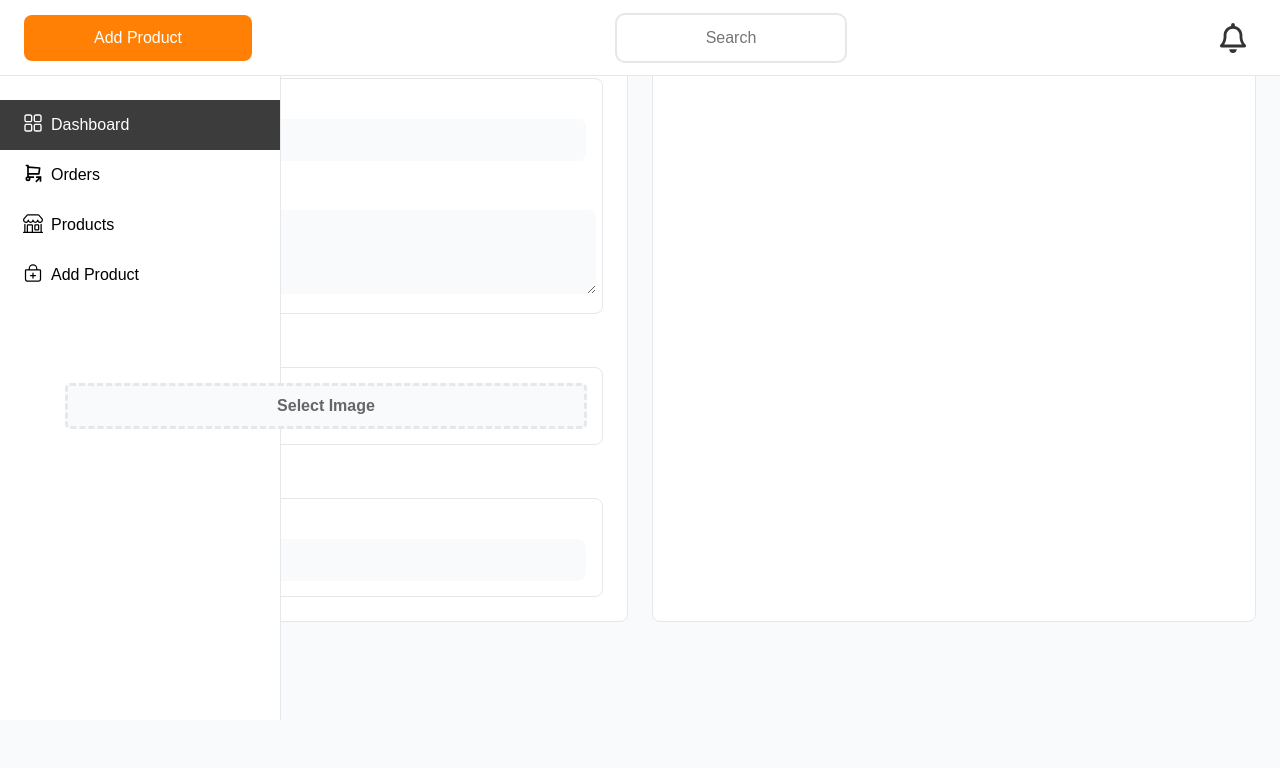
Repository: ahmad-dev7/TrendWear
Page: / (app in trend_wear_dashboard/)
The author's editor kept a copy of each file at every save. The page is drawn from the files as they stood at one save, then again after the next save.
The browser window is 1280 px wide. The pictures show the whole page.
The project was rebuilt for these pictures with package versions that can differ from the ones it lists, and the page was loaded fresh each time. Also part of the build but not shown: trend_wear_dashboard/vite.config.ts.

Above is the page before, as saved 2025-01-20 11:28:22.

### trend_wear_dashboard/index.html
<!doctype html>
<html lang="en">

<head>
  <meta charset="UTF-8" />
  <link rel="icon" type="image/svg+xml" href="/vite.svg" />
  <meta name="viewport" content="width=device-width, initial-scale=1.0" />
  <title>Trend Wear</title>
</head>

<body>
  <div id="root"></div>
  <script type="module" src="/src/main.tsx"></script>
</body>

</html>

### trend_wear_dashboard/src/main.tsx
import { StrictMode } from "react";
import { createRoot } from "react-dom/client";
//import "bootstrap/dist/css/bootstrap.css";
import "./App.css";
import App from "./App.tsx";

createRoot(document.getElementById("root")!).render(
  <StrictMode>
    <App />
  </StrictMode>
);

### trend_wear_dashboard/src/App.css
body {
    background-color: #F9FAFB;
    padding: 0;
    margin: 0;
    border-color: #e5e7eb;
    font-family: Arial, Helvetica, sans-serif;

}

#parent {
    display: flex;
}

### trend_wear_dashboard/src/App.tsx
import { useState } from "react";
import Body from "./Components/Body/Body";
import Navbar from "./Components/Navbar/Navbar";
import Sidebar from "./Components/Sidebar/Sidebar";
import AddProducts from "./Components/AddProduct/AddProduct";
//import Dashboard from "./Components/Dashboard/Dashboard";

function App() {
  const [body, setBody] = useState("Dashboard");

  console.log(body);

  return (
    <div id="parent">
      <Sidebar onSelectTab={setBody} />
      <div style={{ flex: 1 }}>
        <Navbar />
        <Body>
          <AddProducts />
        </Body>
      </div>
    </div>
  );
}

export default App;

### trend_wear_dashboard/src/Components/Body/Body.tsx
// Body.tsx
import "./Body.css";

interface Props {
  children: React.ReactNode;
}

const Body = ({ children }: Props) => {
  return <div id="body-content">{children}</div>;
};

export default Body;

### trend_wear_dashboard/src/Components/Navbar/Navbar.tsx
import "./Navbar.css";
import { FaRegBell } from "react-icons/fa6";

const Navbar = () => {
  return (
    <div>
      <div id="top-navbar">
        <div className="nav-item add-product-button">Add Product</div>
        <input className="nav-item" placeholder="Search" type="text" />
        <FaRegBell className="nav-item icon"></FaRegBell>
      </div>
    </div>
  );
};

export default Navbar;

### trend_wear_dashboard/src/Components/Sidebar/Sidebar.tsx
import "./Sidebar.css";
import { RxDashboard } from "react-icons/rx";
import { TbShoppingCartShare } from "react-icons/tb";
import { BsShop } from "react-icons/bs";
import { IoBagAddOutline } from "react-icons/io5";
import { useState } from "react";

interface Props {
  onSelectTab: (tab: string) => void;
}

interface Tabs {
  icon: JSX.Element;
  label: string;
}

const Sidebar = ({ onSelectTab }: Props) => {
  const tabs: Tabs[] = [
    { label: "Dashboard", icon: <RxDashboard size={20} /> },
    { label: "Orders", icon: <TbShoppingCartShare size={20} /> },
    { label: "Products", icon: <BsShop size={20} /> },
    { label: "Add Product", icon: <IoBagAddOutline size={20} /> },
  ];

  const [active, setTab] = useState("Dashboard");

  return (
    <div id="layout">
      <div id="sidebar">
        <div className="header">Trend Wear</div>
        <ul id="sidebar-content">
          {tabs.map((tab) => (
            <li
              key={tab.label}
              className={"tab " + (tab.label == active && "active")}
              onClick={() => {
                setTab(tab.label);
                onSelectTab(tab.label);
              }}
            >
              <div className="icon">{tab.icon}</div>
              <div className="label">{tab.label}</div>
            </li>
          ))}
        </ul>
      </div>
    </div>
  );
};

export default Sidebar;

### trend_wear_dashboard/src/Components/AddProduct/AddProduct.tsx
import "./AddProduct.css";
import ProductDetails from "./ProductDetails";
import ProductPreview from "./ProductPreview";
const AddProduct = () => {
  return (
    <div className="parent">
      <div className="child">
        <ProductDetails />
      </div>

      <div className="child ">
        <ProductPreview />
      </div>
    </div>
  );
};

export default AddProduct;

### trend_wear_dashboard/src/Components/Body/Body.css
#body-content {
    display: flex;
    flex-direction: column;
    margin: 24px;
    height: 100vh;
    width: calc(100% - 48px);
    box-sizing: border-box;
}

### trend_wear_dashboard/src/Components/Navbar/Navbar.css
#top-navbar {
    display: flex;
    justify-content: space-between;
    align-items: center;
    position: fixed;
    /* padding: 0 24px; */
    background-color: white;
    height: 75px;
    width: 100%;
    border-bottom: 1px solid #e5e7eb;
}

.nav-item {
    font-size: 16px;
    color: #333;
    text-align: center;
    width: 200px;
    border-radius: 8px;
    padding: 14px;
    text-decoration: none;
}

.add-product-button {
    color: white;
    margin-left: 24px;
    background-color: #ff8005;
}

#top-navbar input {
    border: none;
    outline: 2px solid #e5e7eb;
    flex-grow: 1;
    max-width: 200px;
}

#top-navbar .icon {
    height: 30px;
    width: 30px;
    margin-right: 24px;
}

### trend_wear_dashboard/src/Components/Sidebar/Sidebar.css
/* Sidebar.css */

#layout {
    display: flex;
    /* Create a flex container */
}

#sidebar {
    background-color: white;
    width: 280px;
    height: 100vh;
    position: fixed;
    border-right: 1px solid #e5e7eb;
}

#sidebar .header {
    display: flex;
    justify-content: center;
    align-items: center;
    height: 75px;
    font-size: 30px;
    font-weight: bold;
    background-color: white;
    text-align: center;
    border-bottom: 1px solid #e5e7eb;
}

#sidebar-content {
    list-style-type: none;
    margin-top: 24px;
    padding: 0;
    cursor: pointer;
}

#sidebar-content .tab {
    height: 50px;
    color: black;
    display: flex;
    align-items: center;
    padding-left: 15px;
}

.icon {
    padding: 8px;
}

#sidebar-content .active {
    background-color: #3c3c3c;
    color: white;
}

#sidebar-content .tab:hover:not(.active) {
    background-color: #e5e7eb;
}

### trend_wear_dashboard/src/Components/AddProduct/AddProduct.css
/* AddProduct.css */
.parent {
    display: flex;
    width: 100%;
    gap: 24px;
    box-sizing: border-box;
}

.child {
    flex: 1;
    text-align: center;
    background-color: white;
    border: 1px solid #e5e7eb;
    border-radius: 8px;
}

### trend_wear_dashboard/src/Components/AddProduct/ProductDetails.tsx
import "./ProductDetails.css";
import Spacer from "../../Constants/Spacer";
import DetailsSectionContainer from "../../Constants/ProductDetailSection/DetailsSectionContainer";
import LabeledInputField from "../../Constants/LabeledInputField/LabeledInputField";
import LabeledTextArea from "../../Constants/LabeledInputField/LabeledTextarea";
import AddImage from "../../Constants/AddImage/AddImage";

const ProductDetails = () => {
  return (
    <>
      <div className="product-detail-container">
        <DetailsSectionContainer heading="Base Information">
          <LabeledInputField>Title</LabeledInputField>
          <Spacer height="24px" />
          <LabeledTextArea>Description</LabeledTextArea>
        </DetailsSectionContainer>
        <Spacer height="24px" />

        <DetailsSectionContainer heading="Pictures">
          <AddImage />
        </DetailsSectionContainer>
        <Spacer height="24px" />
        <DetailsSectionContainer heading="Details">
          <LabeledInputField prefix="₹">Price</LabeledInputField>
        </DetailsSectionContainer>
      </div>
    </>
  );
};

export default ProductDetails;

### trend_wear_dashboard/src/Components/AddProduct/ProductPreview.tsx
const ProductPreview = () => {
  return <div> </div>;
};

export default ProductPreview;

### trend_wear_dashboard/src/Components/AddProduct/ProductDetails.css
.product-detail-container {
    margin: 0px;
    padding: 24px;
    text-align: start;
}

/* Parent container to hold the items in a row */
.picture-container-parent {
    display: flex;
    /* Enable flexbox */
    justify-content: space-between;
    /* Optional: space between items, adjust as needed */
    gap: 16px;
    /* Optional: adds space between items */
}

/* Style for each img-container */
.img-container {
    flex: 1;
    /* Adjust width as needed */
    height: 100px;
    /* Adjust height as needed */
    background-color: #e5e7eb;
    /* Optional: background color */
    border-radius: 8px;
    display: flex;
    align-items: center;
    text-align: center;
    justify-content: center;
}

.picture-container-parent .add-more {
    border: dashed 2px #e5e7eb;

}

### trend_wear_dashboard/src/Constants/Spacer.tsx
interface Props {
  height?: string;
  width?: string;
}

const Spacer = ({ height = "0px", width = "0px" }: Props) => {
  return <div style={{ height: height, width: width }}></div>;
};

export default Spacer;

### trend_wear_dashboard/src/Constants/ProductDetailSection/DetailsSectionContainer.tsx
import "./ProductDetailSection.css";

interface Props {
  children: React.ReactNode;
  heading: string;
}

const DetailsSectionContainer = ({ children, heading }: Props) => {
  return (
    <>
      <p id="details-section-container-heading">{heading}</p>
      <div id="details-section-container">{children}</div>
    </>
  );
};

export default DetailsSectionContainer;

### trend_wear_dashboard/src/Constants/LabeledInputField/LabeledInputField.tsx
import "./LabeledInputField.css";
interface Props {
  children: React.ReactNode;
  prefix?: string;
}

const LabeledInputField = ({ prefix, children }: Props) => {
  return (
    <>
      <p id="input-field-label">{children}</p>
      <input prefix={prefix} id="input-field" type="text" />
    </>
  );
};

export default LabeledInputField;

### trend_wear_dashboard/src/Constants/LabeledInputField/LabeledTextarea.tsx
interface Props {
  children: React.ReactNode;
}

const LabeledTextArea = ({ children }: Props) => {
  return (
    <>
      <p id="input-field-label">{children}</p>
      <textarea id="input-field-textarea" />
    </>
  );
};

export default LabeledTextArea;

### trend_wear_dashboard/src/Constants/AddImage/AddImage.tsx
import React, { useState } from "react";

interface ImagePreview {
  id: string;
  url: string;
}

const AddImage: React.FC = () => {
  const [images, setImages] = useState<ImagePreview[]>([]);

  const handleImageChange = (e: React.ChangeEvent<HTMLInputElement>) => {
    const files = e.target.files;
    if (!files) return;

    const newImages: ImagePreview[] = Array.from(files).map((file) => ({
      id: URL.createObjectURL(file), // Temporary unique identifier
      url: URL.createObjectURL(file),
    }));

    setImages((prevImages) => [...prevImages, ...newImages]);
  };

  const handleRemoveImage = (id: string) => {
    setImages((prevImages) => prevImages.filter((image) => image.id !== id));
  };

  return (
    <div className="picture-container-parent" style={styles.parent}>
      {images.map((image) => (
        <div key={image.id} style={styles.previewContainer}>
          <img src={image.url} alt="preview" style={styles.imagePreview} />
          <button
            onClick={() => handleRemoveImage(image.id)}
            style={styles.removeButton}
          >
            ✕
          </button>
        </div>
      ))}
      <div style={styles.inputContainer}>
        <label style={styles.inputLabel}>
          Select Image
          <input
            type="file"
            accept="image/*"
            multiple
            onChange={handleImageChange}
            style={styles.input}
          />
        </label>
      </div>
    </div>
  );
};

const styles = {
  parent: {
    display: "flex",
    flexWrap: "wrap",
    gap: "10px", // Gap between the items
    alignItems: "center",
    justifyContent: "flex-start", // Align items to the start of the row
  },
  inputContainer: {
    width: "100%",
    height: "40px",
    backgroundColor: "#F9FAFB",
    border: "3px dashed #e5e7eb",
    borderRadius: "5px",
    display: "flex",
    justifyContent: "center",
    alignItems: "center",
    cursor: "pointer",
    position: "relative",
  },
  inputLabel: {
    width: "100%",
    height: "100%",
    display: "flex",
    justifyContent: "center",
    alignItems: "center",
    color: "#666",
    fontWeight: "bold",
  },
  input: {
    position: "absolute",
    opacity: 0,
    width: "100%",
    height: "100%",
    cursor: "pointer",
  },
  previewContainer: {
    position: "relative",
    width: "90px",
    height: "50px",
  },
  imagePreview: {
    width: "100%",
    height: "100%",
    objectFit: "cover",
    borderRadius: "5px",
    border: "1px solid #ccc",
  },
  removeButton: {
    position: "absolute",
    top: "-5px",
    right: "-5px",
    background: "#f00",
    color: "#fff",
    border: "none",
    borderRadius: "50%",
    width: "20px",
    height: "20px",
    cursor: "pointer",
    fontSize: "12px",
    display: "flex",
    justifyContent: "center",
    alignItems: "center",
  },
} as const;

export default AddImage;

### trend_wear_dashboard/src/Constants/ProductDetailSection/ProductDetailSection.css
#details-section-container-heading {
    margin: 0px;
    margin-bottom: 6px;
    font-size: 20px;
    font-weight: 700;
}

#details-section-container {
    border: 1px solid #e5e7eb;
    padding: 15px;
    background-color: white;
    border-radius: 8px;
}

### trend_wear_dashboard/src/Constants/LabeledInputField/LabeledInputField.css
#input-field-label {
    margin: 0px;
    font-size: 17px;
    font-weight: 500;
    margin-bottom: 5px;
}

#input-field,
#input-field-textarea {
    border: none;
    outline: none;
    width: calc(100% - 15px);
    height: 40px;
    font-size: 20px;
    border-radius: 8px;
    padding-left: 12px;
    background-color: #F9FAFB;
}

#input-field-textarea {
    height: 60px;
    padding: 12px;
}

After the next save:
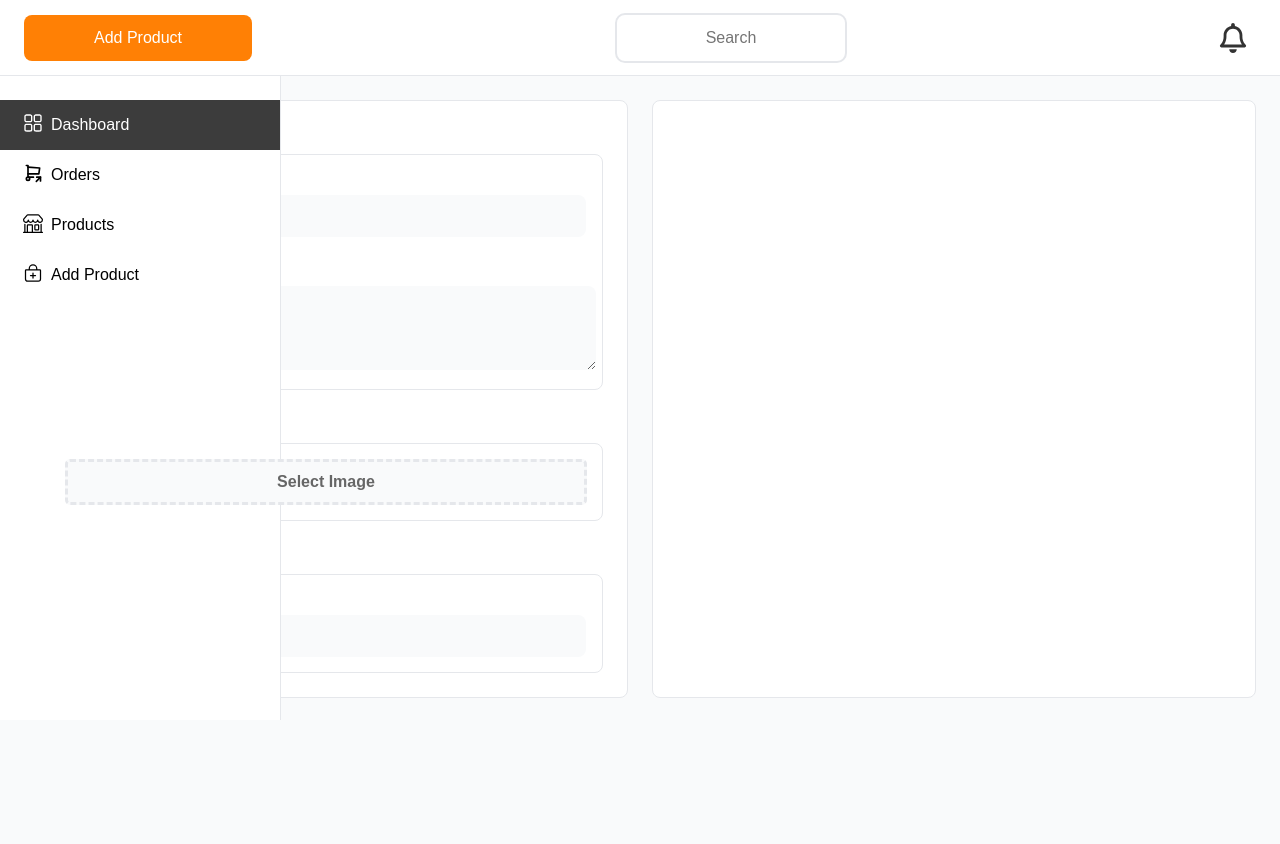
Saved 9 s later.
--- a/trend_wear_dashboard/src/Components/Navbar/Navbar.css
+++ b/trend_wear_dashboard/src/Components/Navbar/Navbar.css
@@ -2,7 +2,7 @@
     display: flex;
     justify-content: space-between;
     align-items: center;
-    position: fixed;
+    position: relative;
     /* padding: 0 24px; */
     background-color: white;
     height: 75px;
